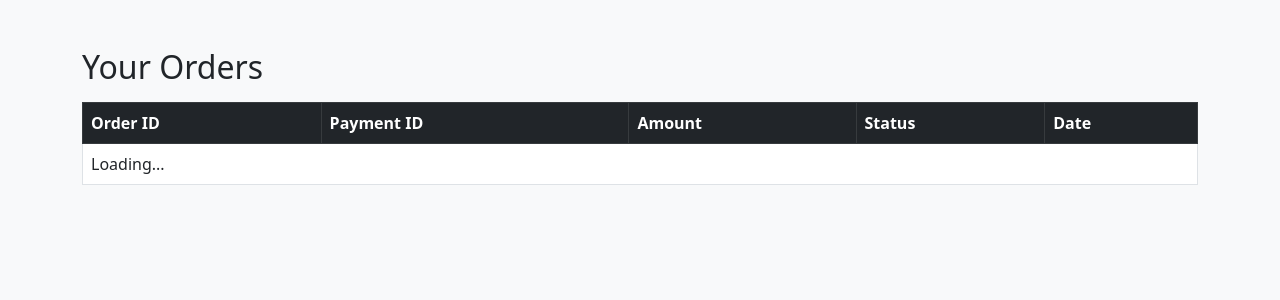
Repository: Pushc/Ecommerce
Page: frontend/orders.html
These files come from the project's save history. The page is drawn as it stood at one moment and after the next save; the edit follows.
The browser window is 1280 px wide. The pictures show the whole page.

Above is the page before, as saved 2025-05-21 15:04:27.
Not found: frontend/js/orders.js

After the next save:
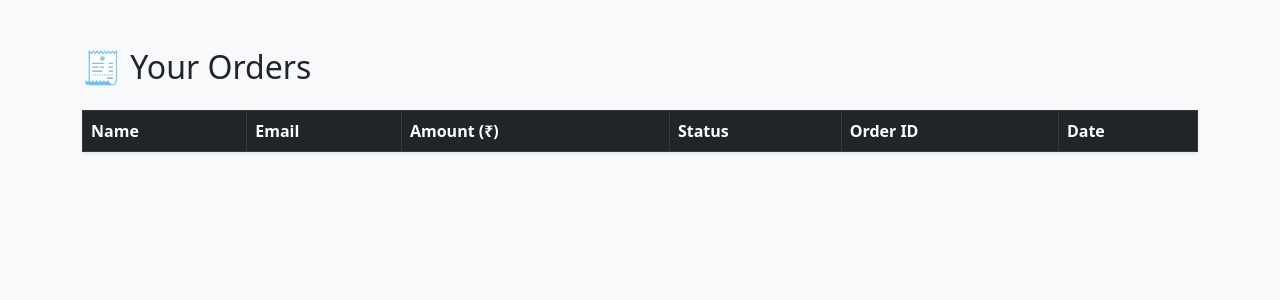
Saved 17 min 5 s later.
--- a/frontend/orders.html
+++ b/frontend/orders.html
@@ -2,28 +2,31 @@
 <html lang="en">
 <head>
     <meta charset="UTF-8">
-    <title>Your Orders</title>
+    <title>User Orders</title>
     <link rel="stylesheet" href="https://cdn.jsdelivr.net/npm/bootstrap@5.3.0/dist/css/bootstrap.min.css">
 </head>
 <body class="bg-light">
-    <div class="container mt-5">
-        <h2>Your Orders</h2>
-        <table class="table table-bordered mt-3">
-            <thead class="table-dark">
-                <tr>
-                    <th>Order ID</th>
-                    <th>Payment ID</th>
-                    <th>Amount</th>
-                    <th>Status</th>
-                    <th>Date</th>
-                </tr>
-            </thead>
-            <tbody id="orders-table-body">
-                <tr><td colspan="5">Loading...</td></tr>
-            </tbody>
-        </table>
-    </div>
 
-    <script src="/js/orders.js"></script>
+<div class="container mt-5">
+    <h2 class="mb-4">🧾 Your Orders</h2>
+    <table class="table table-bordered table-hover bg-white shadow-sm">
+        <thead class="table-dark">
+            <tr>
+                <th>Name</th>
+                <th>Email</th>
+                <th>Amount (₹)</th>
+                <th>Status</th>
+                <th>Order ID</th>
+                <th>Date</th>
+            </tr>
+        </thead>
+        <tbody id="orders-body">
+            <!-- Filled by JS -->
+        </tbody>
+    </table>
+    <div id="orders-container"></div>
+</div>
+
+<script src="/js/orders.js"></script>
 </body>
 </html>
